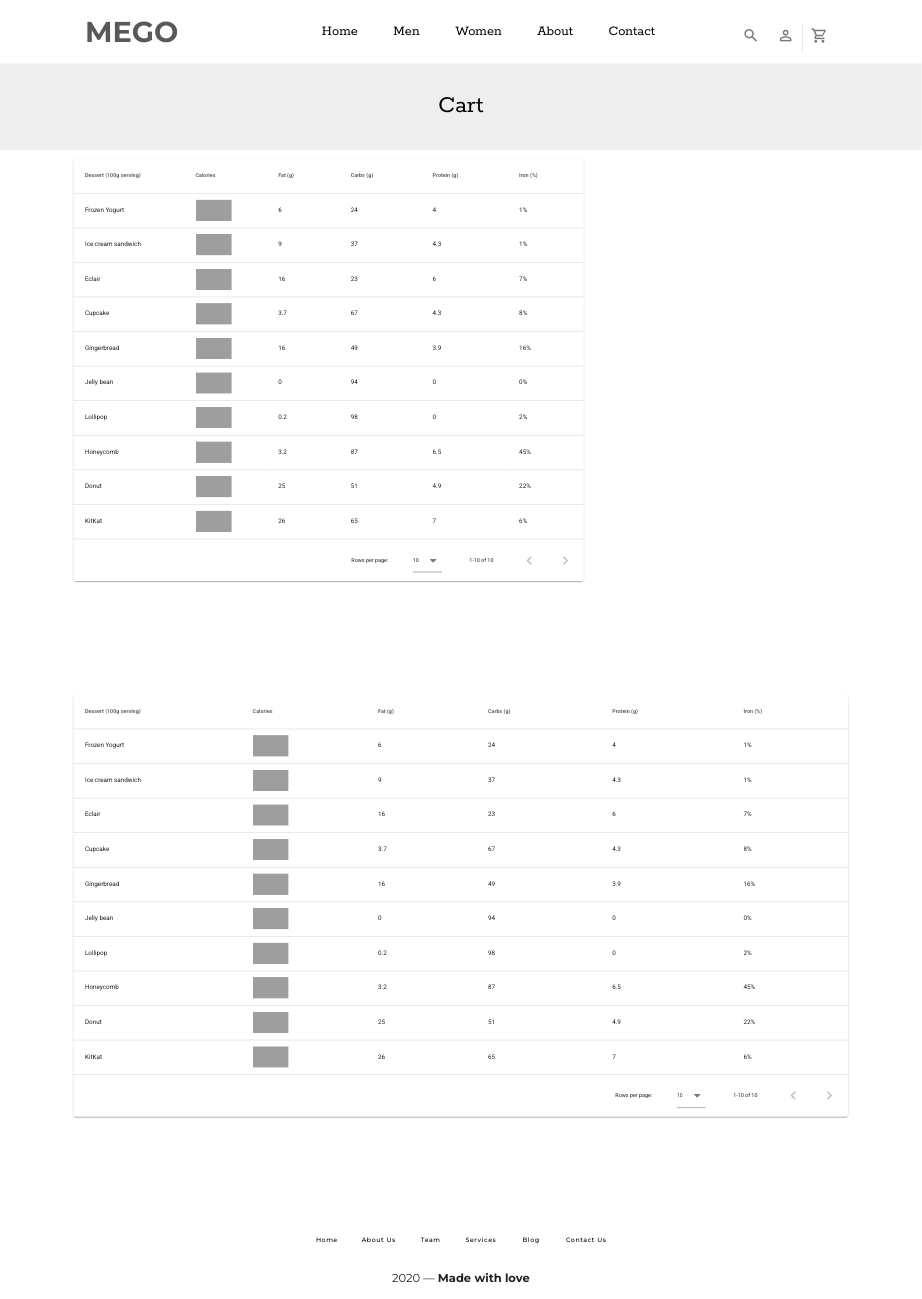
Repository: nguyenphuong152/mego-frontend
Page: /cart (app in frontend/)
The author's editor kept a copy of each file at every save. The page is drawn from the files as they stood at one save, then again after the next save.
The browser window is 1280 px wide. The pictures show the whole page, at 72% of full size.
Pictures or frames that could not be fetched are drawn as grey boxes. The project was rebuilt for these pictures with package versions that can differ from the ones it lists, and the page was loaded fresh each time. Also part of the build but not shown: frontend/vue.config.js, frontend/src/components/Customer/Collection.vue, frontend/src/components/Customer/Banner.vue, frontend/src/components/Customer/BestSeller.vue, frontend/src/components/Customer/Partner.vue, frontend/src/views/Customer/Home.vue, frontend/src/components/Customer/ProductCategory.vue, frontend/src/components/Customer/ProductView.vue and 10 more. Imported but missing from the stored project, and not drawn on this page: frontend/src/views/Admin/Category.vue, frontend/src/views/Admin/ManageProduct.vue, frontend/src/views/Admin/ManageUser.vue, frontend/src/views/Admin/OrderList.vue.

Above is the page before, as saved 2020-11-28 08:51:13.

After the next save:
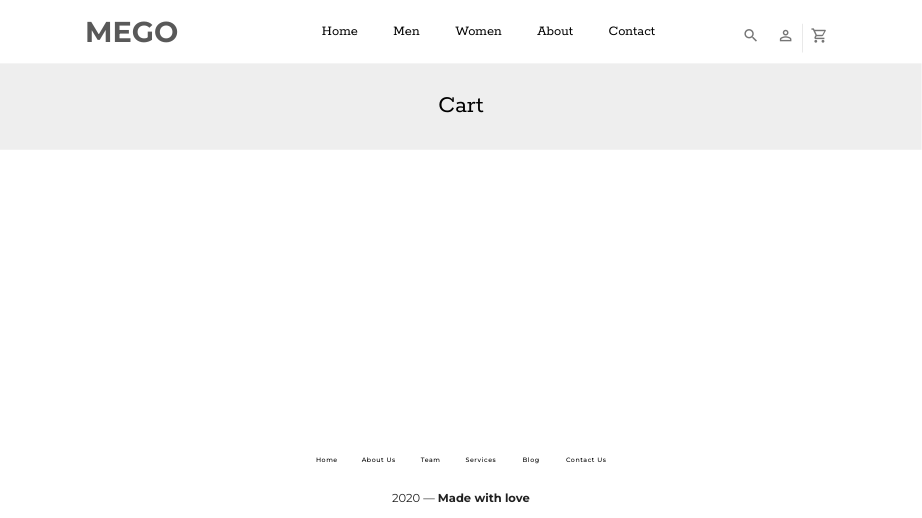
Saved 25 s later.
--- a/frontend/src/views/Customer/Cart.vue
+++ b/frontend/src/views/Customer/Cart.vue
@@ -7,14 +7,8 @@
     </v-sheet>
      <div>
        <v-container>
- <v-row>
-         <v-col cols="8">
-<totalProducts/>
-         </v-col>
-   <v-col>
-<totalProducts/>
-         </v-col>
-       </v-row>
+
+<totalPro
        </v-container>
 
   </div>
